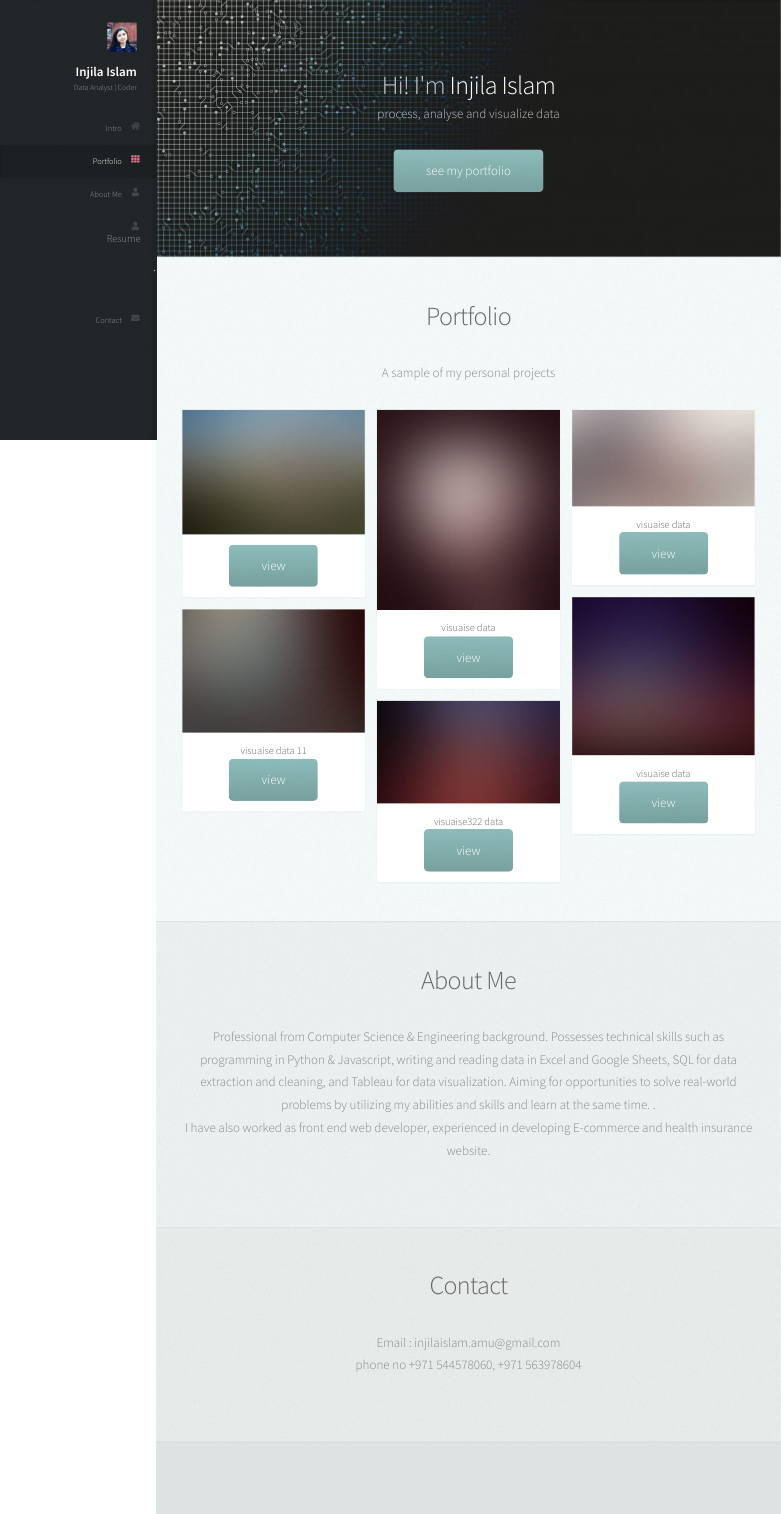
Repository: IslamInjila/new_portfolio
Page: index.html
The author's editor kept a copy of each file at every save. The page is drawn from the files as they stood at one save, then again after the next save.
The browser window is 1280 px wide. The pictures show the whole page, at 61% of full size.

Above is the page before, as saved 2021-03-06 19:50:25.
Console error (its wording comes from the project's code and is left out).

After the next save:
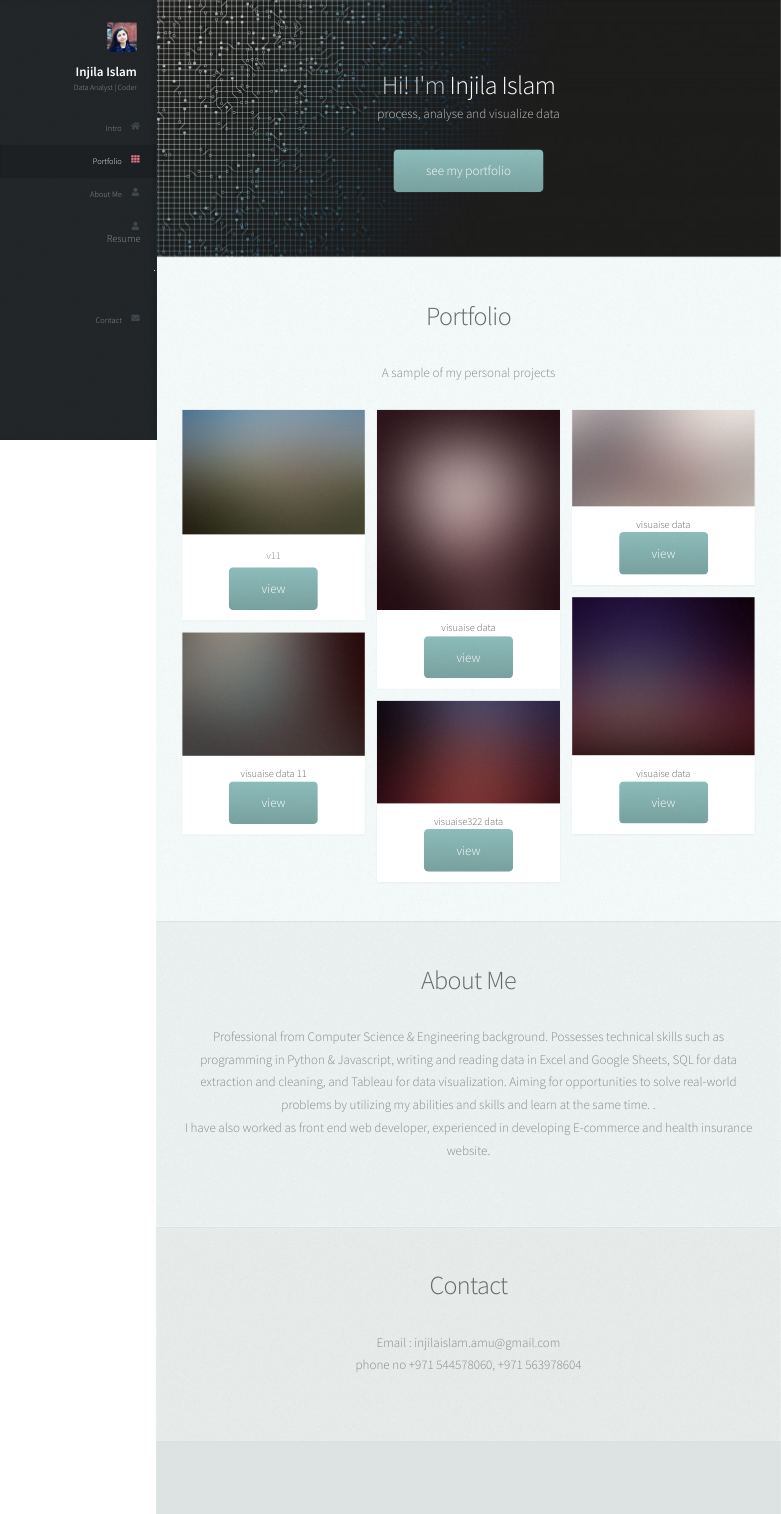
Saved 25 s later.
--- a/index.html
+++ b/index.html
@@ -91,6 +91,7 @@
 									<article class="item ">
 										<a href="#" class="image fit"><img src="images/pic02.jpg" alt="" /></a>
 										<header>
+											v11
 											<h5><input type="button" class="nine" width="100" height="132" onclick='window.open("http://www.foracure.org.au");return false;'
 												target="_blank" value="view"
 												/></h5>
